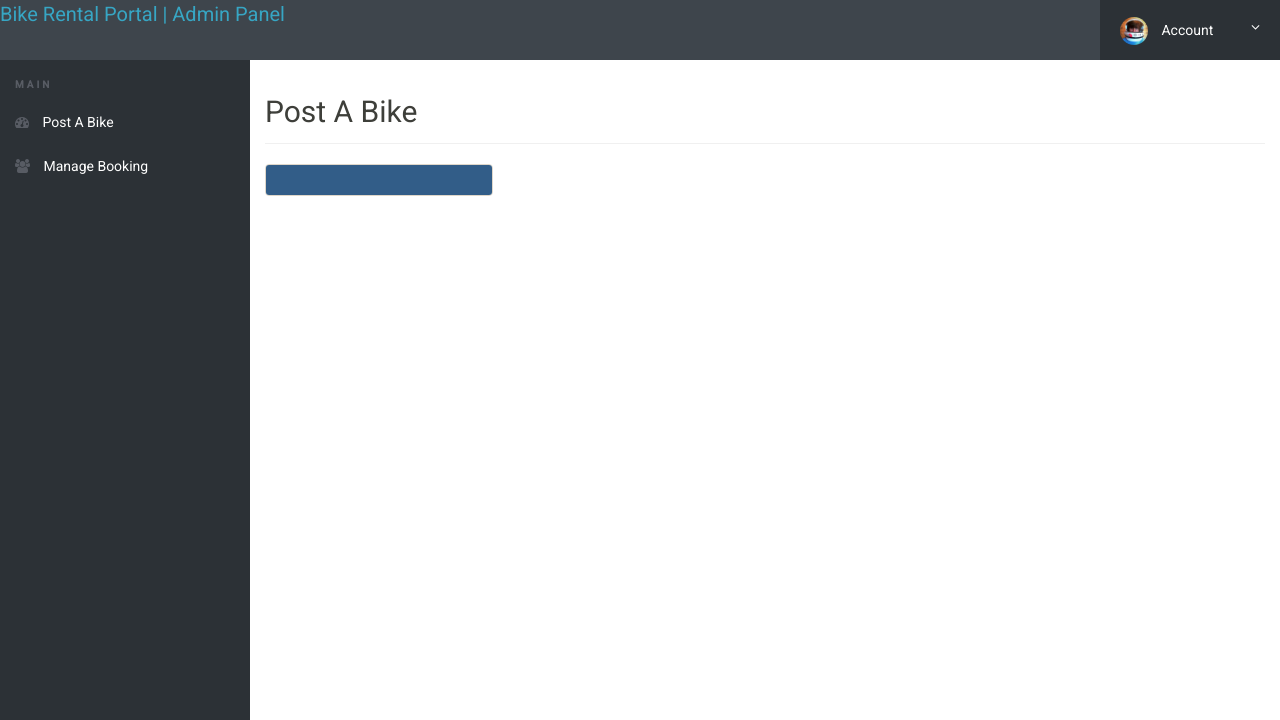
Repository: Het95/Bike-Rental-JSP
Page: http://localhost/AJOep/admin/dashboard.jsp
An editor plug-in stored every save of this project. The page is shown before and after the next save, followed by the edit.
The browser window is 1280 px wide. The pictures show the whole page.
The page is served by Tomcat 9.

Above is the page before, as saved 2020-06-01 08:38:43.

After the next save:
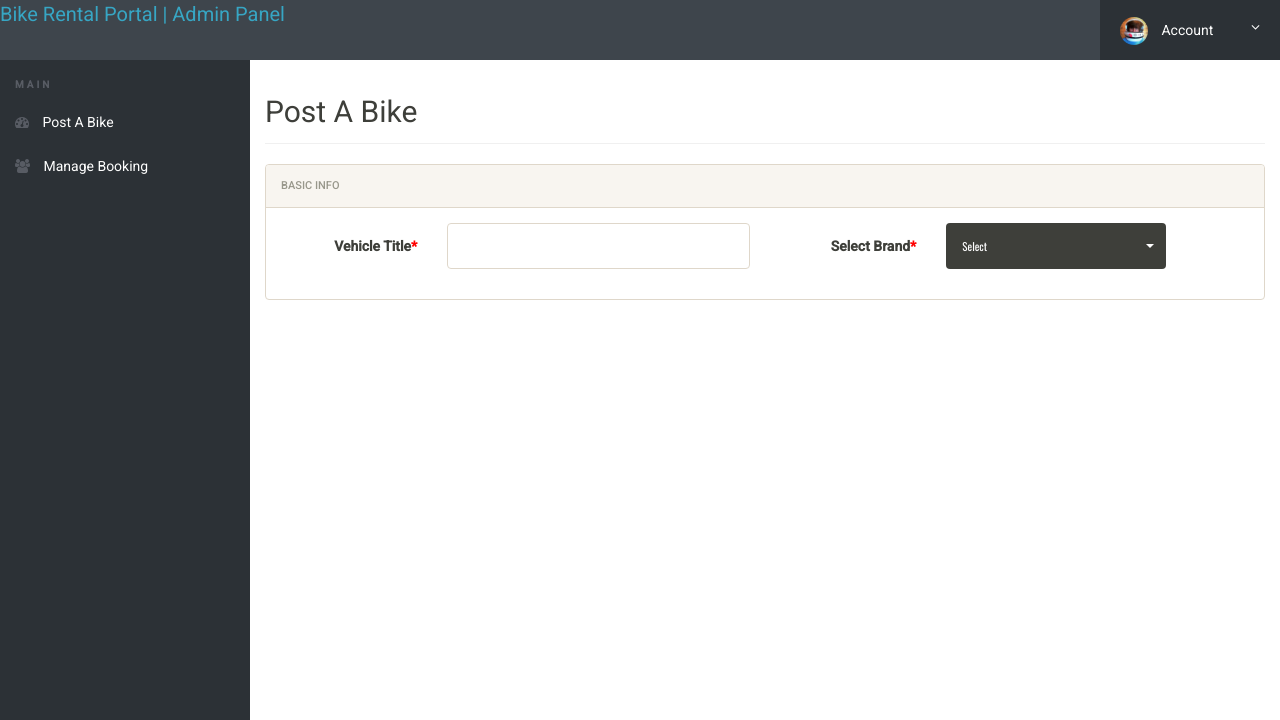
Saved 3 min 47 s later.
--- a/AJOep/WebContent/admin/dashboard.jsp
+++ b/AJOep/WebContent/admin/dashboard.jsp
@@ -59,25 +59,21 @@
 
 						<div class="row">
 							<div class="col-md-12">
-								<div class="row">
-									<div class="col-md-3">
-										<div class="panel panel-default">
-											<div class="panel-body bk-primary text-light">
-												<div class="stat-panel text-center">
+								<div class="panel panel-default">
+									<div class="panel-heading">Basic Info</div>
+																			<div class="panel-body">
+<form method="post" class="form-horizontal" enctype="multipart/form-data">
+<div class="form-group">
+<label class="col-sm-2 control-label">Vehicle Title<span style="color:red">*</span></label>
+<div class="col-sm-4">
+<input type="text" name="vehicletitle" class="form-control" required>
+</div>
+<label class="col-sm-2 control-label">Select Brand<span style="color:red">*</span></label>
+<div class="col-sm-4">
+<select class="selectpicker" name="brandname" required>
+<option value=""> Select </option>
 
-												</div>
-											</div>
-										</div>
-									</div>
-								</div>
-							</div>
-						</div>
 
-</div>
-</div>
-</div>
-</div>
-</div>
 
 	<!-- Loading Scripts -->
 	<script src="js/jquery.min.js"></script>
